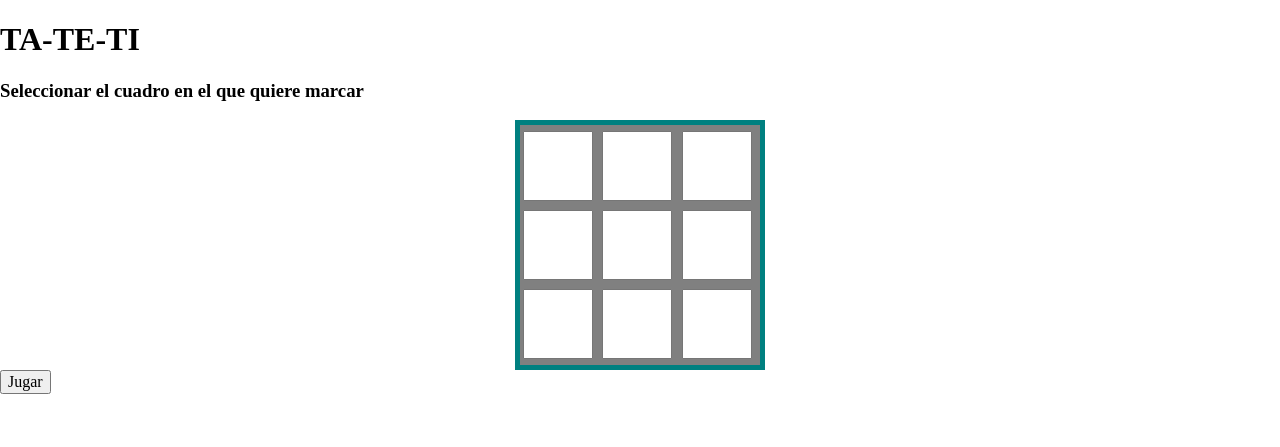
Repository: Lean97-start/TATETI
Page: Tateti.html
An editor plug-in stored every save of this project. The page is shown before and after a run of saves, followed by the edit.
The browser window is 1280 px wide. The pictures show the whole page.

Above is the page before, as saved 2021-03-30 12:30:48.

After the next 2 saves:
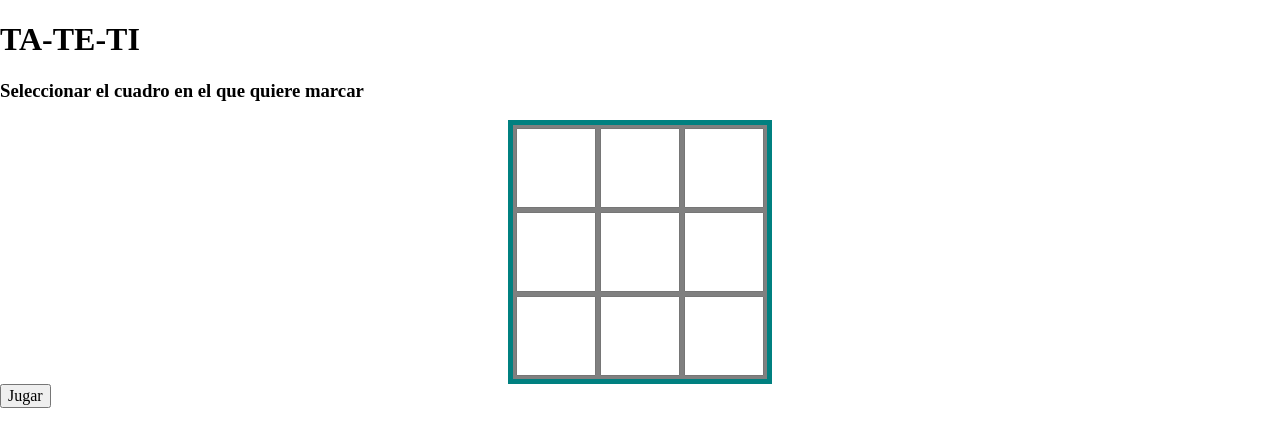
The 2 saves are shown as one change because they came seconds apart.
The last was saved 11 s later.
--- a/Tateti.css
+++ b/Tateti.css
@@ -8,8 +8,8 @@
     margin: auto;
 }
 .entradas{
-    height: 70px;
-    width: 70px;
+    height: 80px;
+    width: 80px;
     box-sizing: border-box;
 
 }
